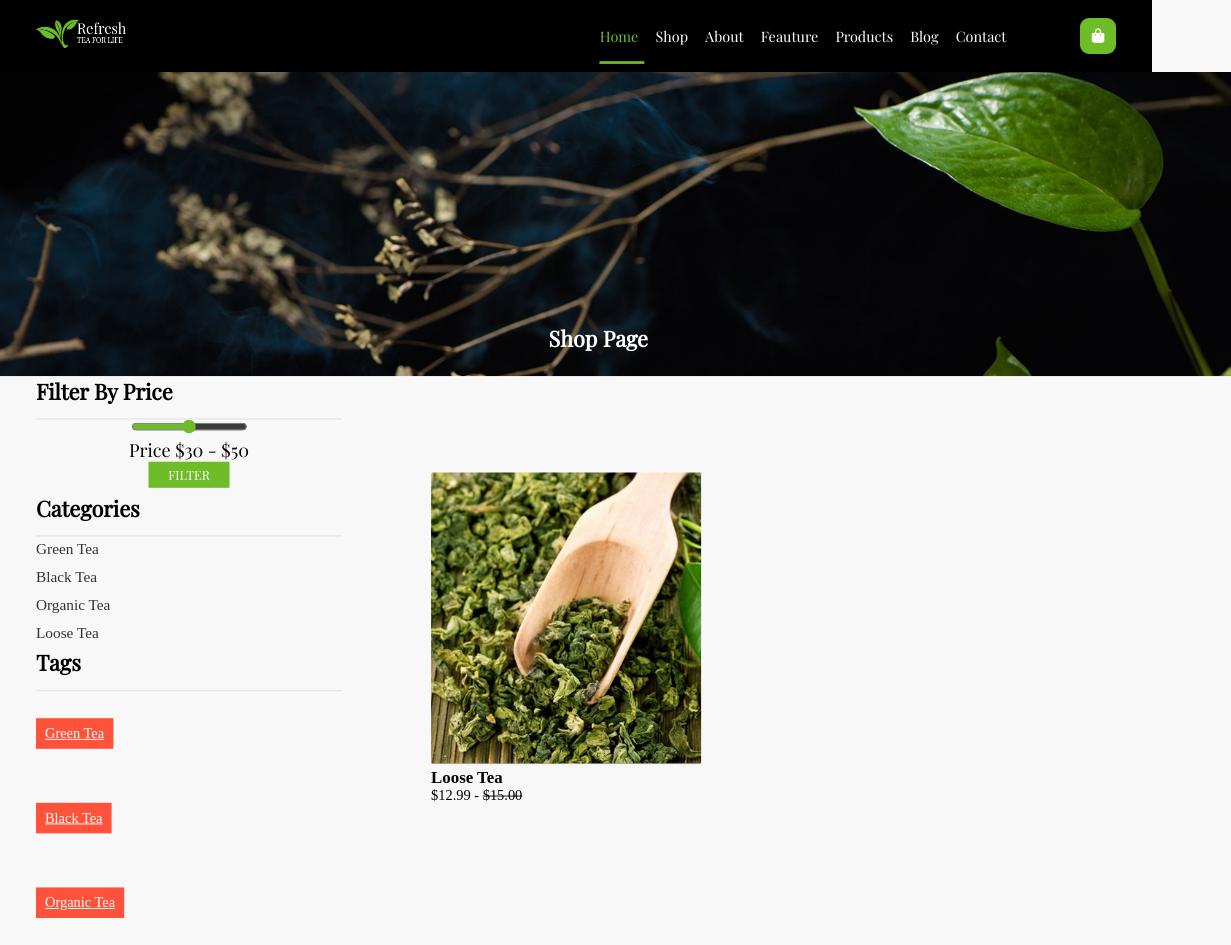
Repository: 52hzwhaleblue/school_teashop
Page: shop.html
The author's editor kept a copy of each file at every save. The page is drawn from the files as they stood at one save, then again after the next save.
The browser window is 1280 px wide. The page is 1368 px wide, so the pictures cover 1368 px, including what lies to the right of the window. The pictures show the whole page, at 90% of full size.
Some web libraries are served in a nearby version.

Above is the page before, as saved 2022-04-29 19:20:09.

After the next save:
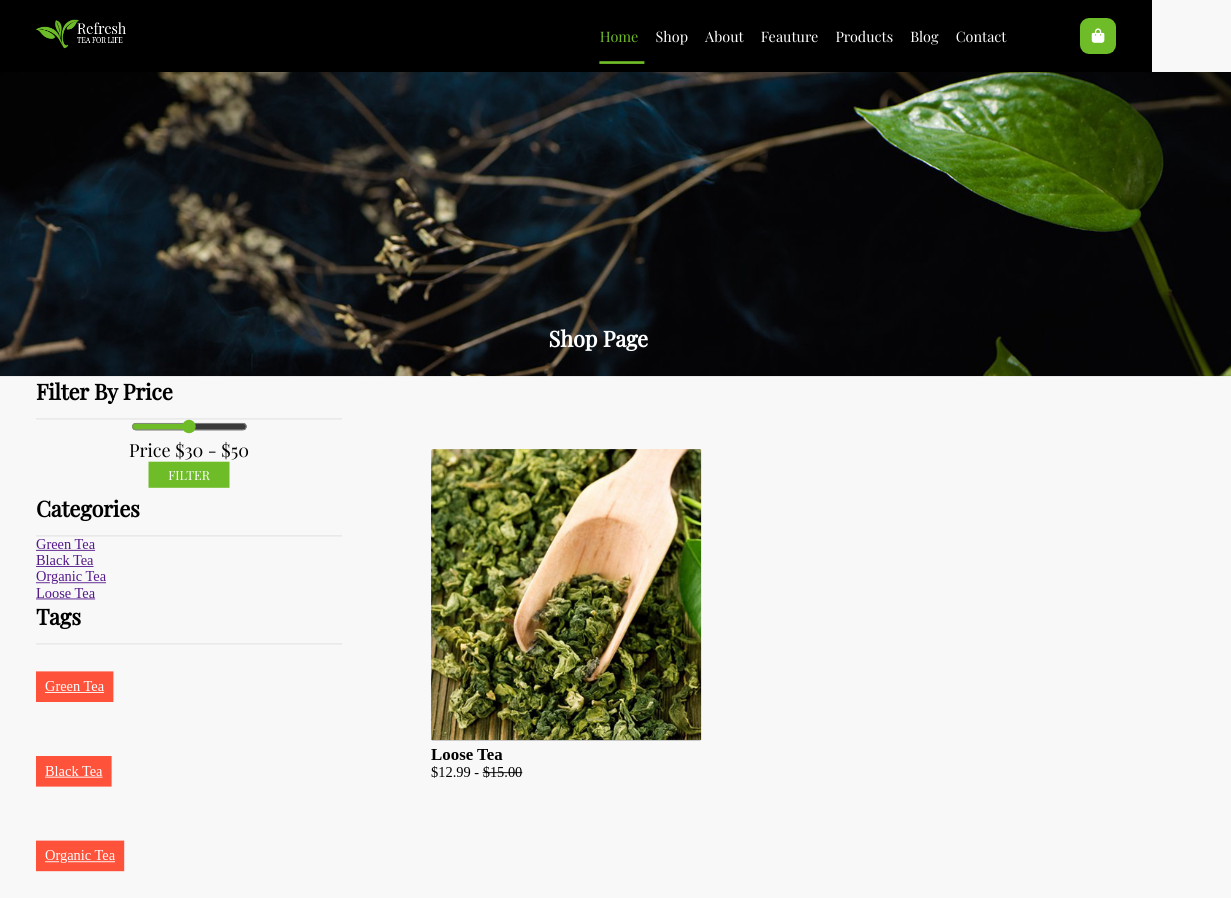
Saved 12 min 46 s later.
--- a/style.css
+++ b/style.css
@@ -669,7 +669,7 @@
     border-bottom: 1px #dedede solid;
     padding-bottom: 15px;
 }
-.category ul li a {
+/* .category ul li a {
     text-decoration: none;
     color:#333333;
     font-size: 17px;
@@ -678,7 +678,7 @@
     padding: 5px 0;
     display: block;
 
-}
+} */
 ul{
     list-style-type: none;
 }

After the save that followed:
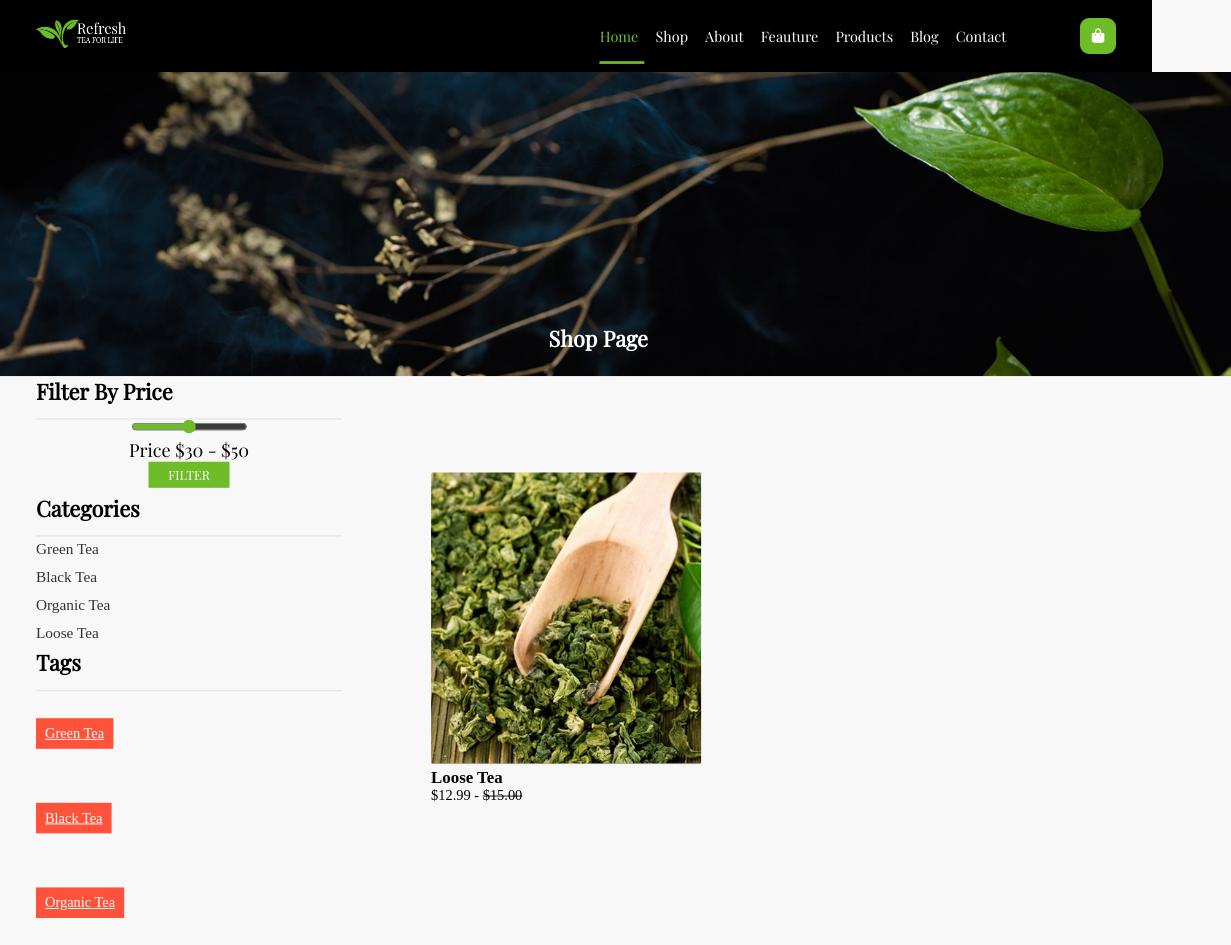
Saved 7 s later.
--- a/style.css
+++ b/style.css
@@ -669,7 +669,7 @@
     border-bottom: 1px #dedede solid;
     padding-bottom: 15px;
 }
-/* .category ul li a {
+.category ul li a {
     text-decoration: none;
     color:#333333;
     font-size: 17px;
@@ -678,7 +678,7 @@
     padding: 5px 0;
     display: block;
 
-} */
+}
 ul{
     list-style-type: none;
 }
